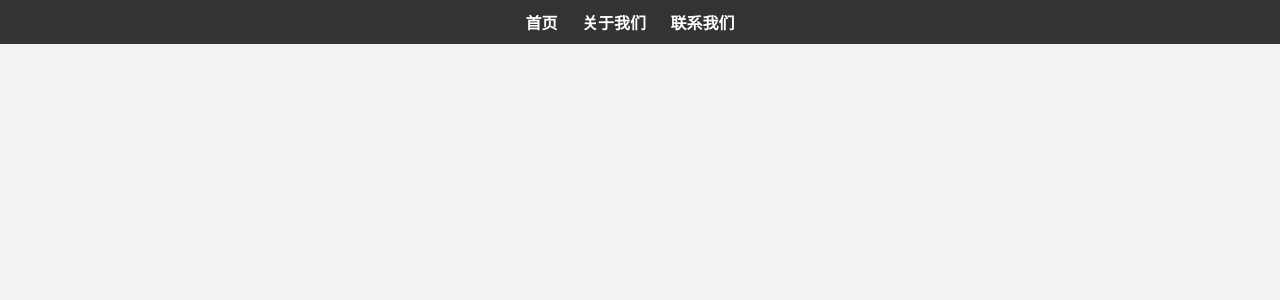
Repository: XueJie1/computer-operation-basics
Page: pages/header.html
These files come from the project's save history. The page is drawn as it stood at one moment and after the next save; the edit follows.
The browser window is 1280 px wide. The pictures show the whole page.

Above is the page before, as saved 2023-08-30 13:54:16.

### pages/header.html
<!DOCTYPE html>
<html lang="en">
<head>
    <meta charset="UTF-8">
    <meta name="viewport" content="width=device-width, initial-scale=1.0">
    <style>
        /* 添加全局样式，设置页面的基本样式 */
        body {
            font-family: Arial, sans-serif;
            margin: 0;
            padding: 0;
            background-color: #f2f2f2;
        }

        /* 样式化导航菜单 */
        header {
            background-color: #333;
            color: #fff;
            padding: 10px 0;
        }

        nav ul {
            list-style-type: none;
            margin: 0;
            padding: 0;
            text-align: center;
        }

        nav ul li {
            display: inline;
            margin-right: 20px;
        }

        nav ul li a {
            text-decoration: none;
            color: #fff;
            font-weight: bold;
            font-size: 16px;
        }

        nav ul li a:hover {
            color: #ff9900; /* 鼠标悬停时的颜色 */
        }
    </style>
</head>
<body>
    <header>
        <!-- 这里放置你的网站导航菜单、标志等内容 -->
        <nav>
            <ul>
                <li><a href="#">首页</a></li>
                <li><a href="about.html">关于我们</a></li>
                <li><a href="contact.html">联系我们</a></li>
                <!-- 添加其他页面链接 -->
            </ul>
        </nav>
        </header>
</body>
</html>

After the next save:
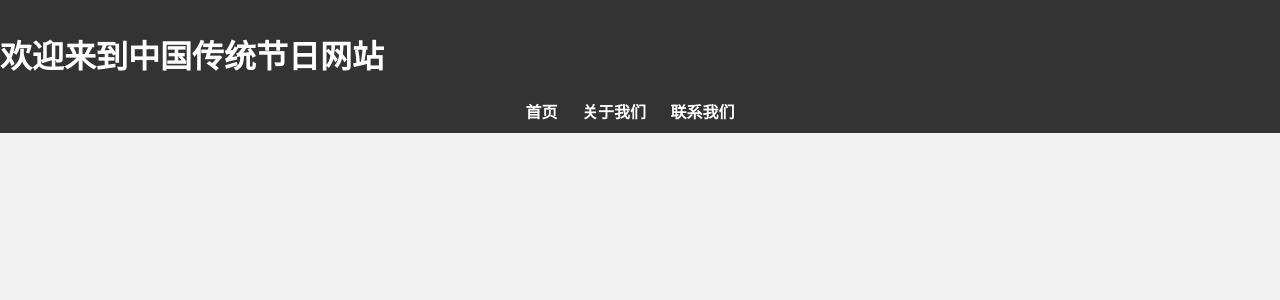
Saved 21 s later.
--- a/pages/header.html
+++ b/pages/header.html
@@ -45,6 +45,7 @@
 </head>
 <body>
     <header>
+        <h1>欢迎来到中国传统节日网站</h1>
         <!-- 这里放置你的网站导航菜单、标志等内容 -->
         <nav>
             <ul>
